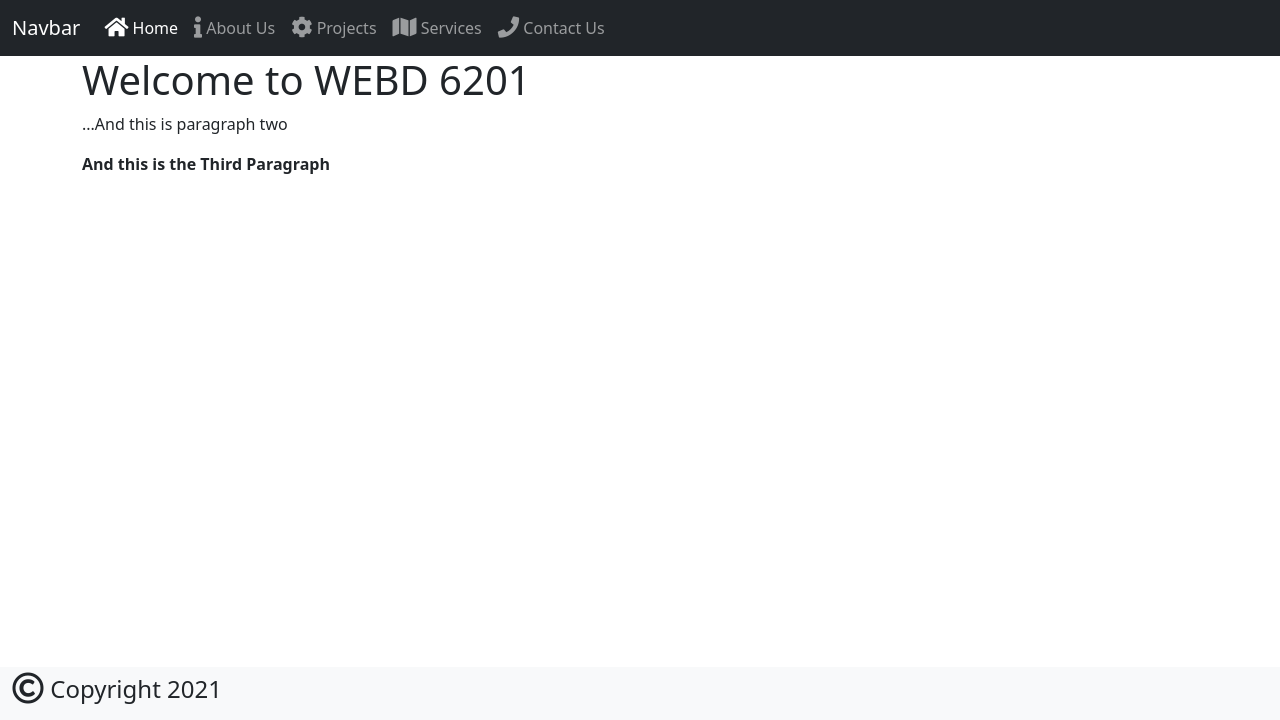
Repository: ErikHayward/WEBD6201-W2021-ICE1b
Page: index.html
These files come from the project's save history. The page is drawn as it stood at one moment and after the next save; the edit follows.
The browser window is 1280 px wide. The pictures show the whole page.

Above is the page before, as saved 2021-01-22 20:19:38.

After the next save:
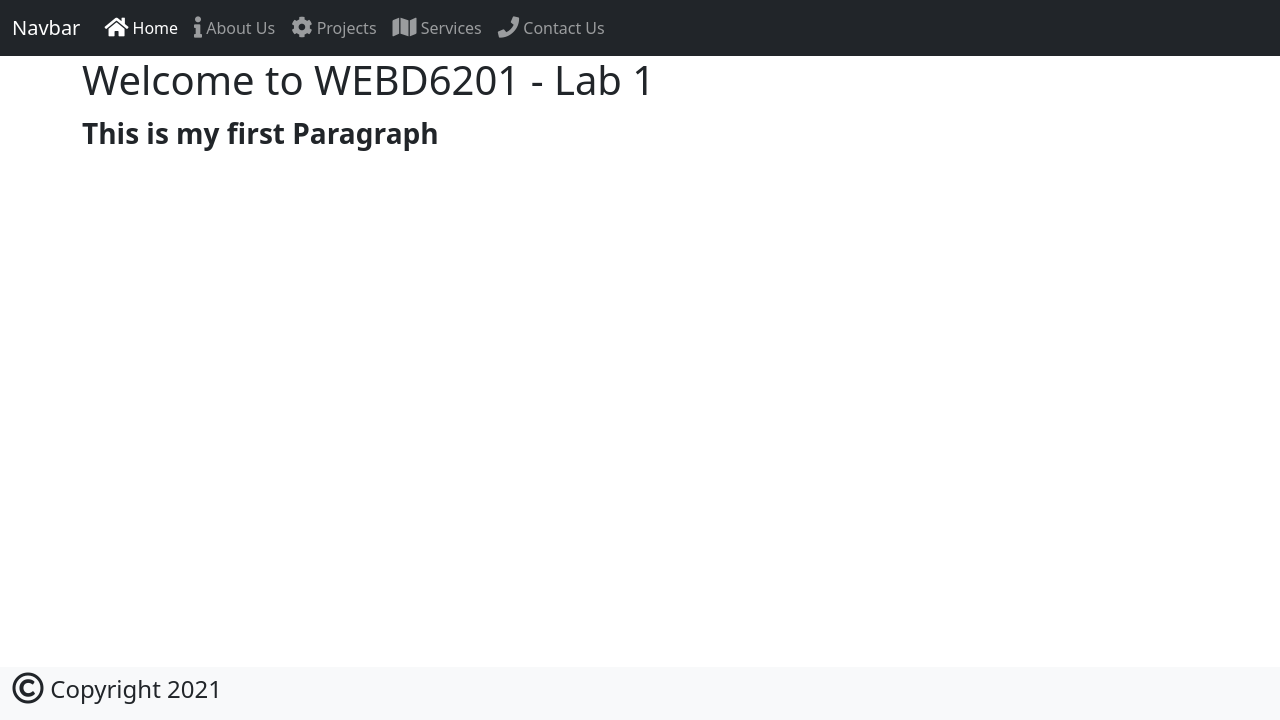
Saved 21 s later.
--- a/Scripts/app.js
+++ b/Scripts/app.js
@@ -54,6 +54,11 @@
         // update / modification
         // mainContent.firstElementChild.textContent = "Welcome Home!";
 
+        mainContent.innerHTML =
+        `<h1 id="firstHeading">Welcome to WEBD6201 - Lab 1</h1>
+         <p id="paragraphOne" class="fs-3 fw-bold">This is my first Paragraph</p>
+        `;
+
     }
 
     window.addEventListener("load", Start);
